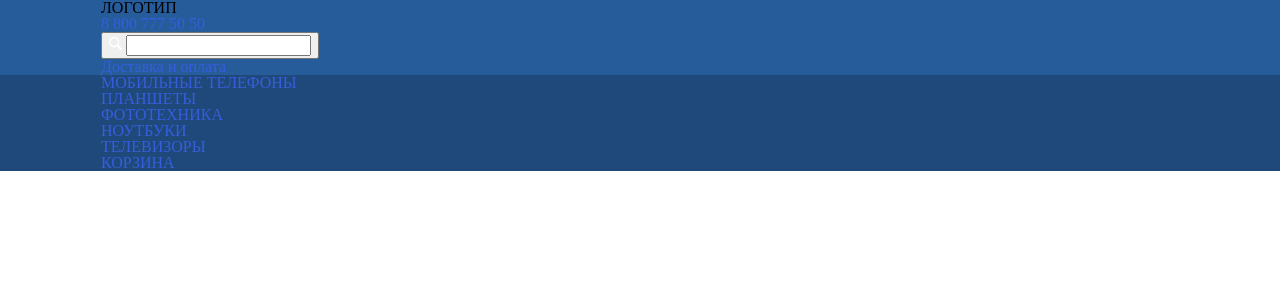
Repository: sem1103/WEBCompany
Page: index.html
These files come from the project's save history. The page is drawn as it stood at one moment and after the next save; the edit follows.
The browser window is 1280 px wide. The pictures show the whole page.

Above is the page before, as saved 2024-01-11 18:34:28.

After the next save:
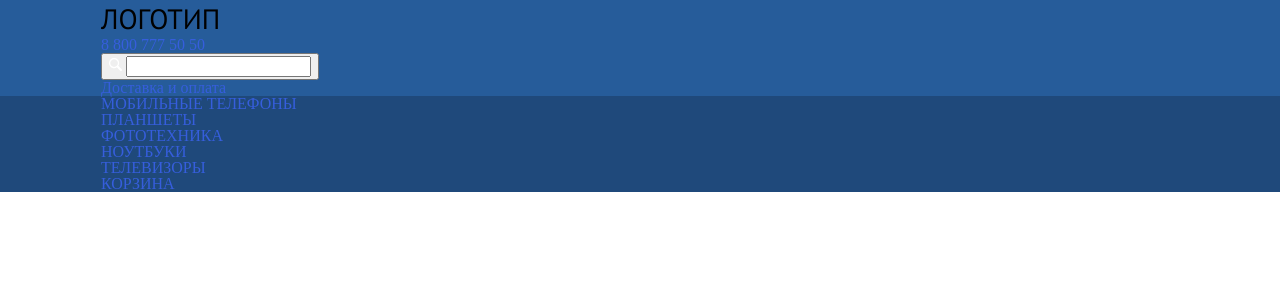
Saved 113 s later.
--- a/styles/main.css
+++ b/styles/main.css
@@ -13,6 +13,9 @@ header{
 nav{
     background: var(--darkBlue);
 }
+.header__logo span{
+    font: 28px 'PT Sans';
+}
 
 
 .mobile__cart{
